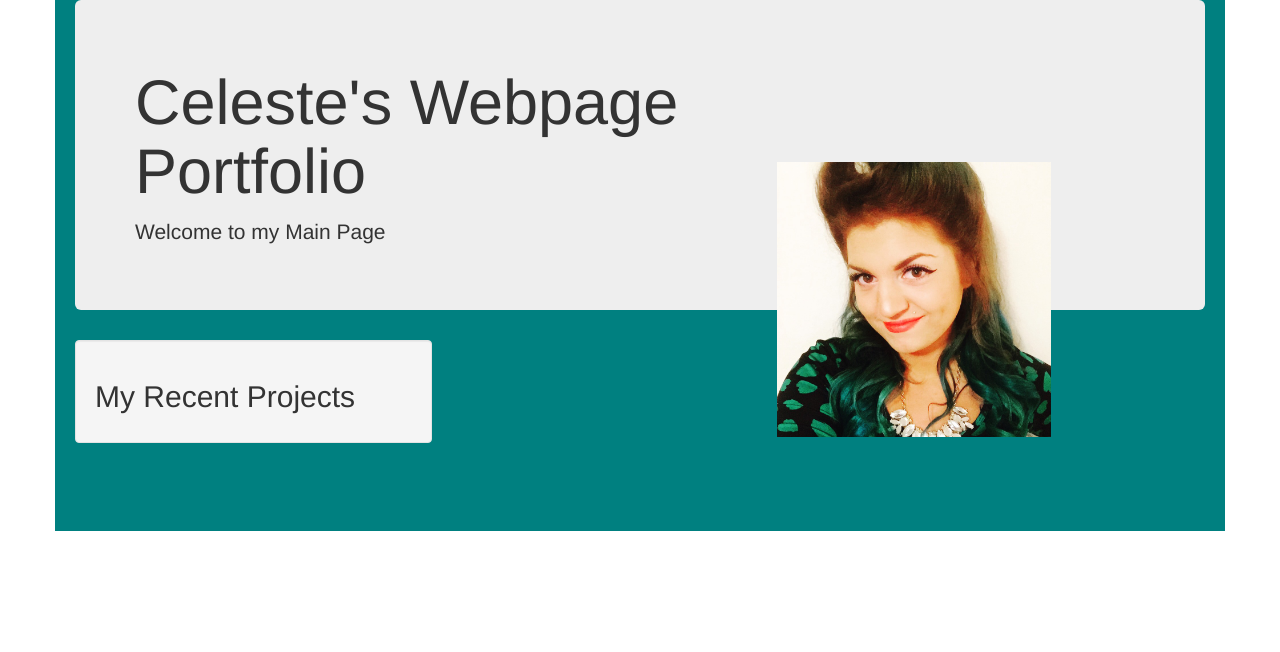
Repository: fieldceleste/portfolio-celeste
Page: portfolio-celeste.html
An editor plug-in stored every save of this project. The page is shown before and after the next save, followed by the edit.
The browser window is 1280 px wide. The pictures show the whole page.

Above is the page before, as saved 2019-11-01 12:59:22.

After the next save:
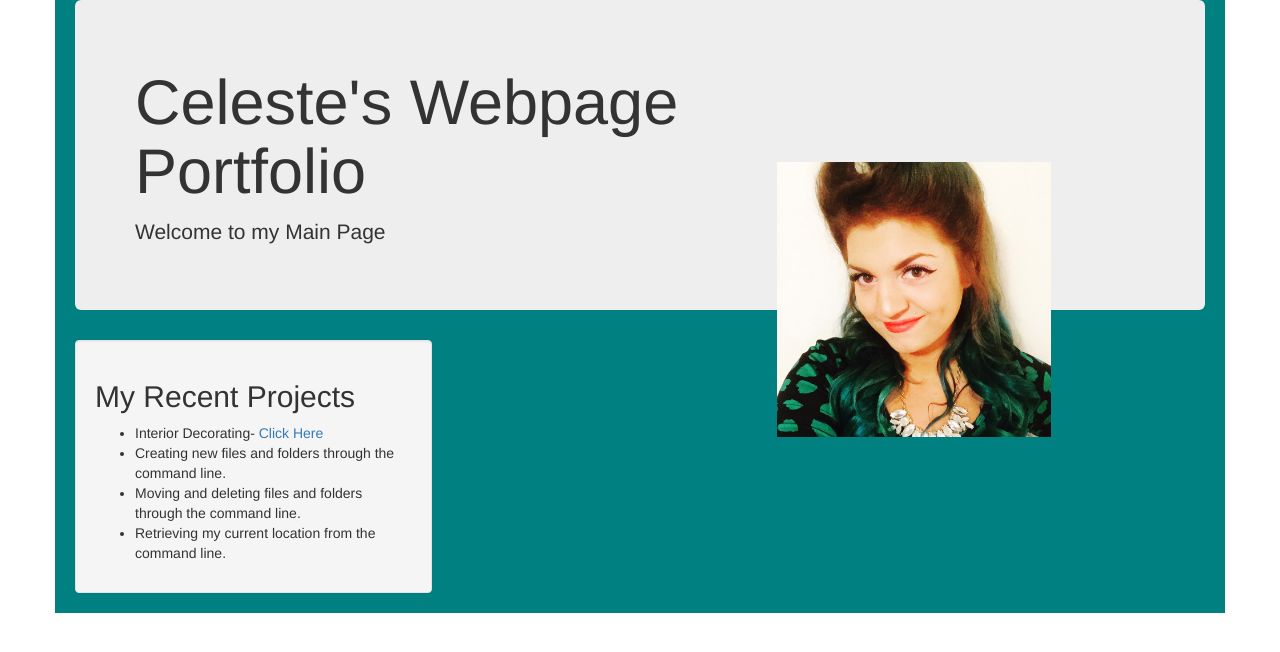
Saved 2 min 13 s later.
--- a/portfolio-celeste.html
+++ b/portfolio-celeste.html
@@ -17,7 +17,13 @@
             <div class="">
              </div>
             <h2>My Recent Projects</h2>
-
+              <ul>
+                <li>Interior Decorating- <a herf="https://github.com/fieldceleste/interior-decorator.git">Click Here</a> </li>
+                <li>Creating new files and folders through the command line.</li>
+                <li>Moving and deleting files and folders through the command line.</li>
+                <li>Retrieving my current location from the command line.</li>
+              </ul>
+            </div>
 
                   </div>
 
